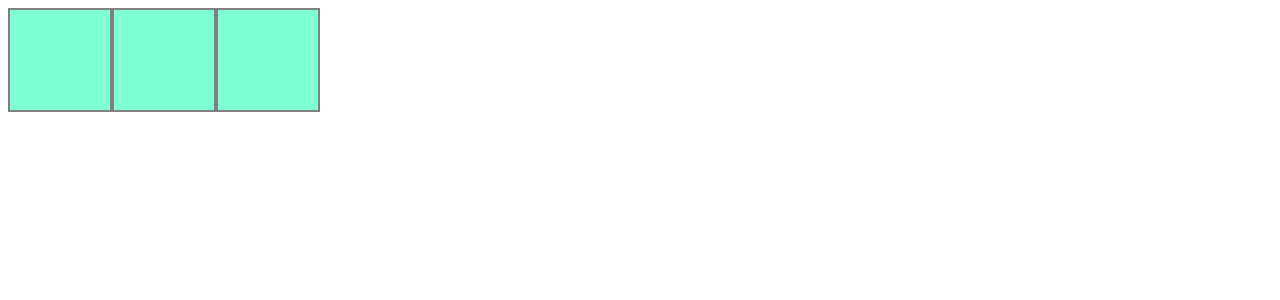
Repository: viveknaidu007/repo-166-Full-Stack-Development-Learning-Notes-Innomatics-2024
Page: module_1-html,css,bootstrap/sept_25_2024/index.html
An editor plug-in stored every save of this project. The page is shown before and after the next save, followed by the edit.
The browser window is 1280 px wide. The pictures show the whole page.

Above is the page before, as saved 2024-09-27 15:54:19.

After the next save:
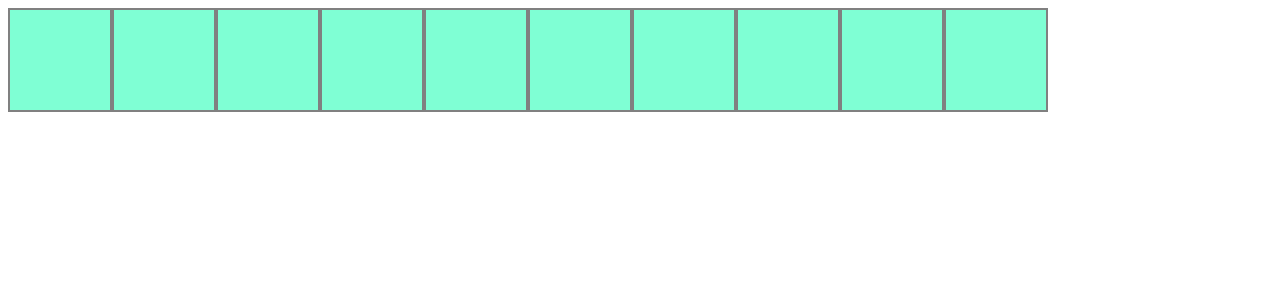
Saved 4 min 56 s later.
--- a/module_1-html,css,bootstrap/sept_25_2024/index.html
+++ b/module_1-html,css,bootstrap/sept_25_2024/index.html
@@ -24,6 +24,13 @@
         <div class="box"></div>
         <div class="box"></div>
         <div class="box"></div>
+        <div class="box"></div>
+        <div class="box"></div>
+        <div class="box"></div>
+        <div class="box"></div>
+        <div class="box"></div>
+        <div class="box"></div>
+        <div class="box"></div>
 
     </div>
 </body>
